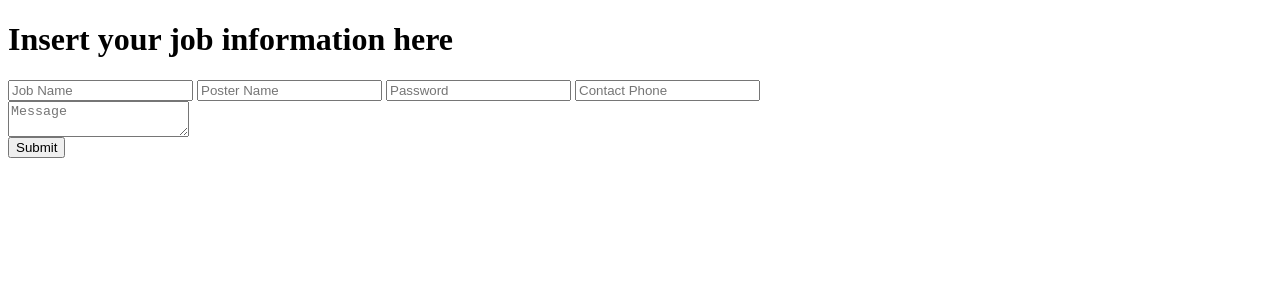
Repository: Zoli1212/ai-diploma
Page: http://localhost/AllasPortal/
An editor plug-in stored every save of this project. The page is shown before and after the next save, followed by the edit.
The browser window is 1280 px wide. The pictures show the whole page.
The page is served by Tomcat 9. Other server files are loaded and not shown.

Above is the page before, as saved 2020-10-12 16:02:59.

### AllasPortal/WebContent/postJob.jsp
<%@ page language="java" contentType="text/html; charset=ISO-8859-1"
	pageEncoding="ISO-8859-1"%>
<!DOCTYPE html PUBLIC "-//W3C//DTD HTML 4.01 Transitional//EN" "http://www.w3.org/TR/html4/loose.dtd">
<html>
<head>
<meta http-equiv="Content-Type" content="text/html; charset=ISO-8859-1">
<title>JobPortal</title>
</head>
<body>


	<div class="wrapper">
		<form class="contact-form" action="/AllasPortal" method="post"
			id="postJobForm">
			<div>
				<h1>Insert your job information here</h1>

				<div class="input-fields">
					<input type="text" class="input" placeholder="Job Name"
						name="jobName">
					<input type="text" class="input"
						placeholder="Poster Name" name="posterName">

						<input
						type="password" class="input" placeholder="Password"
						name="password"> <input type="text" class="input"
						placeholder="Contact Phone" name="contactphone">

				</div>
				<div class="msg">
					<textarea placeholder="Message" name="messageBody"></textarea>

				</div>
				<div class="send">
					<input type="submit" class="btn" value="Submit" />

				</div>
			</div>
		</form>
	</div>

</body>
</html>

### AllasPortal/src/com/webler/servlet/PostJobServlet.java
package com.webler.servlet;

import java.io.IOException;

import javax.servlet.RequestDispatcher;
import javax.servlet.ServletException;
import javax.servlet.annotation.WebServlet;
import javax.servlet.http.HttpServlet;
import javax.servlet.http.HttpServletRequest;
import javax.servlet.http.HttpServletResponse;

import com.webler.dao.JobPostingDao;
import com.webler.entity.JobPosting;

/**
 * Servlet implementation class PostJobServlet
 */
@WebServlet("/")
public class PostJobServlet extends HttpServlet {
	private static final long serialVersionUID = 1L;

    /**
     * @see HttpServlet#HttpServlet()
     */
    public PostJobServlet() {
        super();
        // TODO Auto-generated constructor stub
    }

	/**
	 * @see HttpServlet#doGet(HttpServletRequest request, HttpServletResponse response)
	 */
	protected void doGet(HttpServletRequest request, HttpServletResponse response) throws ServletException, IOException {
		// TODO Auto-generated method stub




		RequestDispatcher rd = request.getRequestDispatcher("/postJob.jsp");
		rd.forward(request, response);
	}

	/**
	 * @see HttpServlet#doPost(HttpServletRequest request, HttpServletResponse response)
	 */
	protected void doPost(HttpServletRequest request, HttpServletResponse response) throws ServletException, IOException {
		// TODO Auto-generated method stub


		String messageBody = request.getParameter("messageBody");
		String contactPhone = request.getParameter("contactphone");
		String posterName = request.getParameter("posterName");
		String jobName = request.getParameter("jobName");
		String jobPostingPassword = request.getParameter("password");

		JobPosting jobPost = new JobPosting();

		jobPost.setJobName(jobName);
		jobPost.setContactPhone(contactPhone);
		jobPost.setMessageBody(messageBody);
		jobPost.setPosterName(posterName);
		jobPost.setJobPostingPassword(jobPostingPassword);

		System.out.println(jobPost);

		JobPostingDao dao = new JobPostingDao();

		dao.insertJobPosting(jobPost);


		RequestDispatcher rd = request.getRequestDispatcher("/postJobSuccess.jsp");

		rd.forward(request, response);

		// +1 Zsolti
	}

}

After the next save:
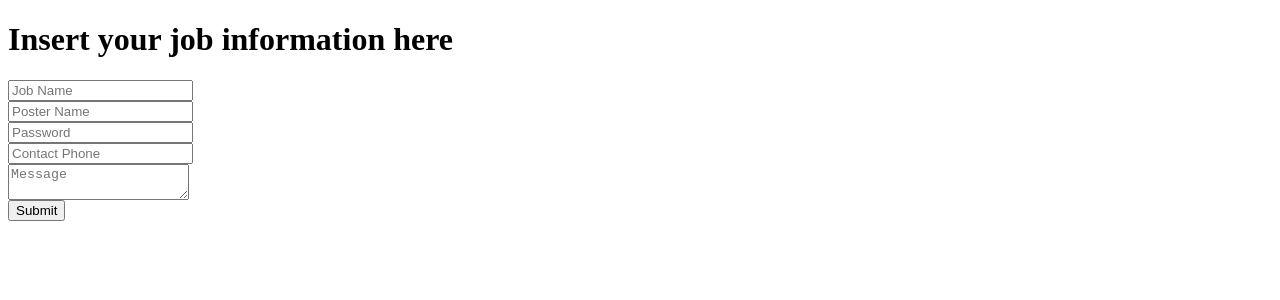
Saved 103 s later.
--- a/AllasPortal/WebContent/postJob.jsp
+++ b/AllasPortal/WebContent/postJob.jsp
@@ -17,14 +17,16 @@
 
 				<div class="input-fields">
 					<input type="text" class="input" placeholder="Job Name"
-						name="jobName">
+						name="jobName"> <br/>
 					<input type="text" class="input"
-						placeholder="Poster Name" name="posterName">
+						placeholder="Poster Name" name="posterName"> <br/>
 
 						<input
 						type="password" class="input" placeholder="Password"
-						name="password"> <input type="text" class="input"
-						placeholder="Contact Phone" name="contactphone">
+						name="password"> <br/>
+
+						<input type="text" class="input"
+						placeholder="Contact Phone" name="contactphone"><br/>
 
 				</div>
 				<div class="msg">
